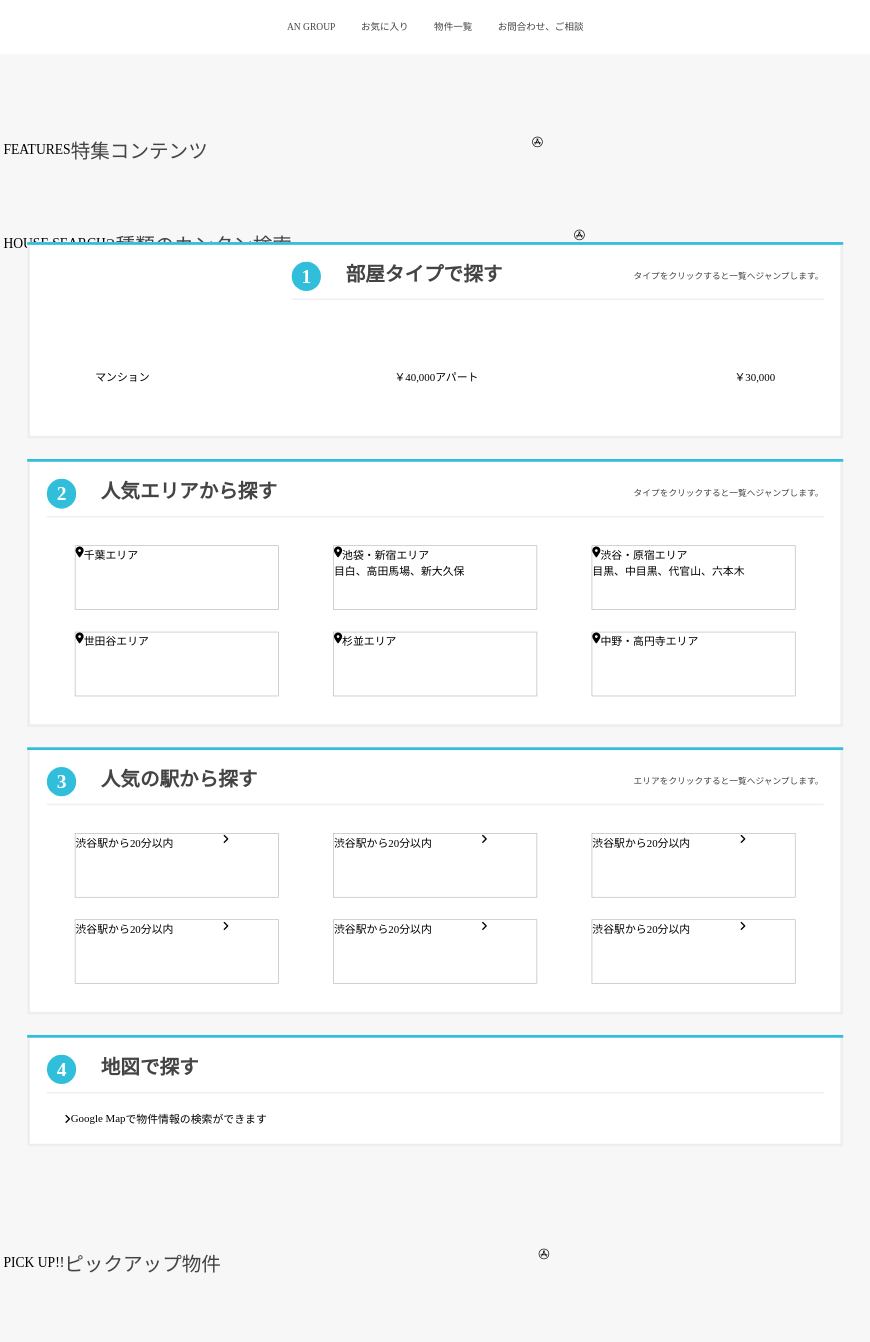
Repository: ninhdavid/real-estate
Page: index.html
An editor plug-in stored every save of this project. The page is shown before and after a run of saves, followed by the edit.
The browser window is 1280 px wide. The pictures show the whole page, at 68% of full size.
Some web libraries are served in a nearby version. The style sheet was rebuilt from its Sass, Less or Tailwind sources for each picture, by a compiler version that may differ from the author's.

Above is the page before, as saved 2022-05-13 23:01:10.

### index.html
<!DOCTYPE html>
<html lang="en">

<head>
    <meta charset="UTF-8">
    <meta http-equiv="X-UA-Compatible" content="IE=edge">
    <meta name="viewport" content="width=device-width, initial-scale=1.0">
    <link rel="stylesheet" href="css/main.css">
    <script src="https://kit.fontawesome.com/691ec27588.js" crossorigin="anonymous"></script>
    <title>Document</title>
</head>

<body>
    <div class="main-container">
        <div class="header">
            <div class="img-header"></div>
        </div>
        <div class="main-nav">
            <ul id="nav">
                <li><a class="nav-img" href="#">
                        <!-- <img src="./asset/img/logo/logo-edited.png" alt=""> -->
                        AN GROUP
                    </a></li>
                <li><a href="#">お気に入り</a></li>
                <li><a href="#">物件一覧</a></li>
                <li><a href="#">お問合わせ、ご相談</a></li>
            </ul>
        </div>
        <div class="content">
            <div class="content-section">
                <div class="title-section">
                    <i class="fa-brands fa-app-store"></i>
                    <p>FEATURES</p>
                    <p>特集コンテンツ</p>
                </div>
                <div id="slider"> </div>
            </div>
            <div class="content-section search-section">
                <div class="title-section">
                    <i class="fa-brands fa-app-store"></i>
                    <p>HOUSE SEARCH</p>
                    <p>2種類のカンタン検索</p>
                </div>
                <div class="content-area">
                    <div class="content-box">
                        <div class="title-area">
                            <h3>
                                <span>1</span>
                                部屋タイプで探す
                            </h3>
                            <p>タイプをクリックすると一覧へジャンプします。</p>
                        </div>
                        <div class="type-list">
                            <div class="type-list-des">
                                <div class="list-bg"></div>
                                <p class="list-title">マンション</p>
                                <p class="list-price">￥40,000</p>
                            </div>
                            <div class="type-list-des">
                                <div class="list-bg"></div>
                                <p class="list-title">アパート</p>
                                <p class="list-price">￥30,000</p>
                            </div>
                        </div>
                    </div>
                    <div class="content-box">
                        <div class="title-area">
                            <h3>
                                <span>2</span>
                                人気エリアから探す
                            </h3>
                            <p>タイプをクリックすると一覧へジャンプします。</p>
                        </div>
                        <div class="type-list location-list">
                            <div class="type-list-des location-des">
                                <i class="fa-solid fa-location-dot"></i>
                                <p>千葉エリア</p>
                            </div>
                            <div class="type-list-des location-des">
                                <i class="fa-solid fa-location-dot"></i>
                                <p>池袋・新宿エリア</p>
                                <p>目白、高田馬場、新大久保</p>
                            </div>
                            <div class="type-list-des location-des">
                                <i class="fa-solid fa-location-dot"></i>
                                <p>渋谷・原宿エリア</p>
                                <p>目黒、中目黒、代官山、六本木</p>
                            </div>
                            <div class="type-list-des location-des">
                                <i class="fa-solid fa-location-dot"></i>
                                <p>世田谷エリア</p>
                                <p></p>
                            </div>
                            <div class="type-list-des location-des">
                                <i class="fa-solid fa-location-dot"></i>
                                <p>杉並エリア</p>
                                <p></p>
                            </div>
                            <div class="type-list-des location-des">
                                <i class="fa-solid fa-location-dot"></i>
                                <p>中野・高円寺エリア</p>
                            </div>
                        </div>
                    </div>
                    <div class="content-box">
                        <div class="title-area">
                            <h3>
                                <span>3</span>
                                人気の駅から探す
                            </h3>
                            <p>エリアをクリックすると一覧へジャンプします。</p>
                        </div>
                        <div class="type-list station-list">
                            <div class="type-list-des station-des">
                                <i class="fa-solid fa-angle-right"></i>
                                <p>渋谷駅から</p>
                                <p>20分以内</p>
                            </div>
                            <div class="type-list-des station-des">
                                <i class="fa-solid fa-angle-right"></i>
                                <p>渋谷駅から</p>
                                <p>20分以内</p>
                            </div>
                            <div class="type-list-des station-des">
                                <i class="fa-solid fa-angle-right"></i>
                                <p>渋谷駅から</p>
                                <p>20分以内</p>
                            </div>
                            <div class="type-list-des station-des">
                                <i class="fa-solid fa-angle-right"></i>
                                <p>渋谷駅から</p>
                                <p>20分以内</p>
                            </div>
                            <div class="type-list-des station-des">
                                <i class="fa-solid fa-angle-right"></i>
                                <p>渋谷駅から</p>
                                <p>20分以内</p>
                            </div>
                            <div class="type-list-des station-des">
                                <i class="fa-solid fa-angle-right"></i>
                                <p>渋谷駅から</p>
                                <p>20分以内</p>
                            </div>
                        </div>
                    </div>
                    <div class="content-box">
                        <div class="title-area">
                            <h3>
                                <span>4</span>
                                地図で探す
                            </h3>
                        </div>
                        <div class="type-list map-list">
                            <i class="fa-solid fa-angle-right"></i>
                            <p>Google Map</p>
                            <p>で物件情報の検索ができます</p>
                        </div>
                    </div>
                </div>
            </div>
            <div class="content-section">
                <div class="title-section">
                    <i class="fa-brands fa-app-store"></i>
                    <p>PICK UP!!</p>
                    <p>ピックアップ物件</p>
                </div>
                <div></div>
            </div>
        </div>

    </div>



</body>
<script src="asset/java-script/chat-online.js"></script>

</html>

### css/main.scss


*{
    padding: 0;
    margin: 0;
    box-sizing: border-box;
}

.main-nav{
    // height: 85px;
    background-color: #fff;
    width: 100%;
    z-index:10;
    height: 5em;
    text-align: center;
}
#nav{
    display:inline-block;
}
#nav,
.subnav {
    list-style-type: none;
}
#nav > li{
    display:inline-block;
}
#nav  li{
    position: relative;
    top:11px;
}
#nav li a{
    display: block;
    text-decoration: none;
    line-height: 24px;
    font-size: 14px;
    padding: 1.2em;
}
#nav>li>a{
    color: rgb(68,68,68);
    text-transform: uppercase;
}
// .nav-img{
//     background-image: url("/asset/img/logo/logo-edited.png");
//     height:80px;
//     width: 100px;
//     padding: 5px 0;
//     background-position: center; /* Center the image */
//     background-repeat: no-repeat; /* Do not repeat the image */
//     background-size: cover;
// }
.content{
    background-color: #f7f7f7;
    padding: 60px 5px;
}
.content-section{
    display: block;
    text-align: center;
    padding:60px 0;
}
.title-section{

}
.search-section{

}
.title-section i {

}
.tittle-section p{
    font-weight: bold;
}
.title-section>p:nth-of-type(1){
    font-size: 1.25em;
    line-height: 1;
    padding: 10px 0;
}
.title-section p:nth-of-type(2){
    font-size: 1.8em;
    // font-size: 32px;
    color: #444444;
    padding-bottom: 2em;
}
.content-area{
    width: 1200px;
    margin: 0 auto;
}

.content-box{
    // display:relative;
    width: 100%;
    padding: 25px;
    border: 4px solid #eeeeee;
    position: relative;
    margin-bottom:30px;
    background-color: #fff;
}
.content-box:before{
    content: "";
    display: block;
    position: absolute;
    left: -4px;
    top: -4px;
    width: calc(100% + 8px);
    height: 4px;
    background-color: #30bedb;
}
.content-box p {
    display: inline-block;
}
.title-area{
    display:flex;
    justify-content:space-between;
    // font-size: 1.8em;
    line-height: 1.2;
    text-align: center;
    align-items:center;
    padding-bottom: 0.7em;
    border-bottom: 2px solid #eeeeee;
}
.title-area h3{
    font-size: 1.8em;
    color: #444444;
}
.title-area>h3>span{
    width: 1.5em;
    line-height: 1.5em;
    background-color: #30bedb;
    color: #fff;
    display:inline-block;
    vertical-align: middle;
    margin-right: 1em;
    // font-size: 1.6428571429em;
    // font-size: 1.17em;
    font-weight: bold;
    text-align: center;
    border-radius: 50% 50% 50% 50%;
}
.title-area>p{
    font-size: 0.8em;
    color: #444444;
}
.type-list{
    padding: 25px 25px 0px 25px;
    display:flex;
    flex-wrap: wrap;
    flex-direction:row;
    justify-content: center;
}
.type-list-des{
    width: 500px;
    height:150px;
    position: relative;

}
.list-bg{
    position: absolute;
    background: no-repeat center center / cover;
    transition: all 0.3s ease;
    background-color: red;
}
.list-title{
    position:absolute;
    left: 0;
    top: 50%;
}
.list-price{
    position:absolute;
    right: 0;
    top: 50%;
}
.location-list{
    display: flex;
    justify-content:space-between;
}
.location-des{
    border:1px solid #bbbbbb;
    height:95px;
    width:300px;
    margin: 1em;
    // display:flex;
    // justify-content: center;
    // align-items: center;
    // flex-direction: column;
    text-align:center;
}
.location-des i,p{
    display:inline-block;
    float:left;
}
.station-list{
    display: flex;
    justify-content:space-between;
}
.station-des{
    border:1px solid #bbbbbb;
    height:95px;
    width:300px;
    margin: 1em;
}

.map-list{
    display: flex;
    justify-content:flex-start;
    align-items:center;
}

Loaded but not shown: asset/java-script/chat-online.js (no stored copy; drawn as an empty file)

After the next 7 saves:
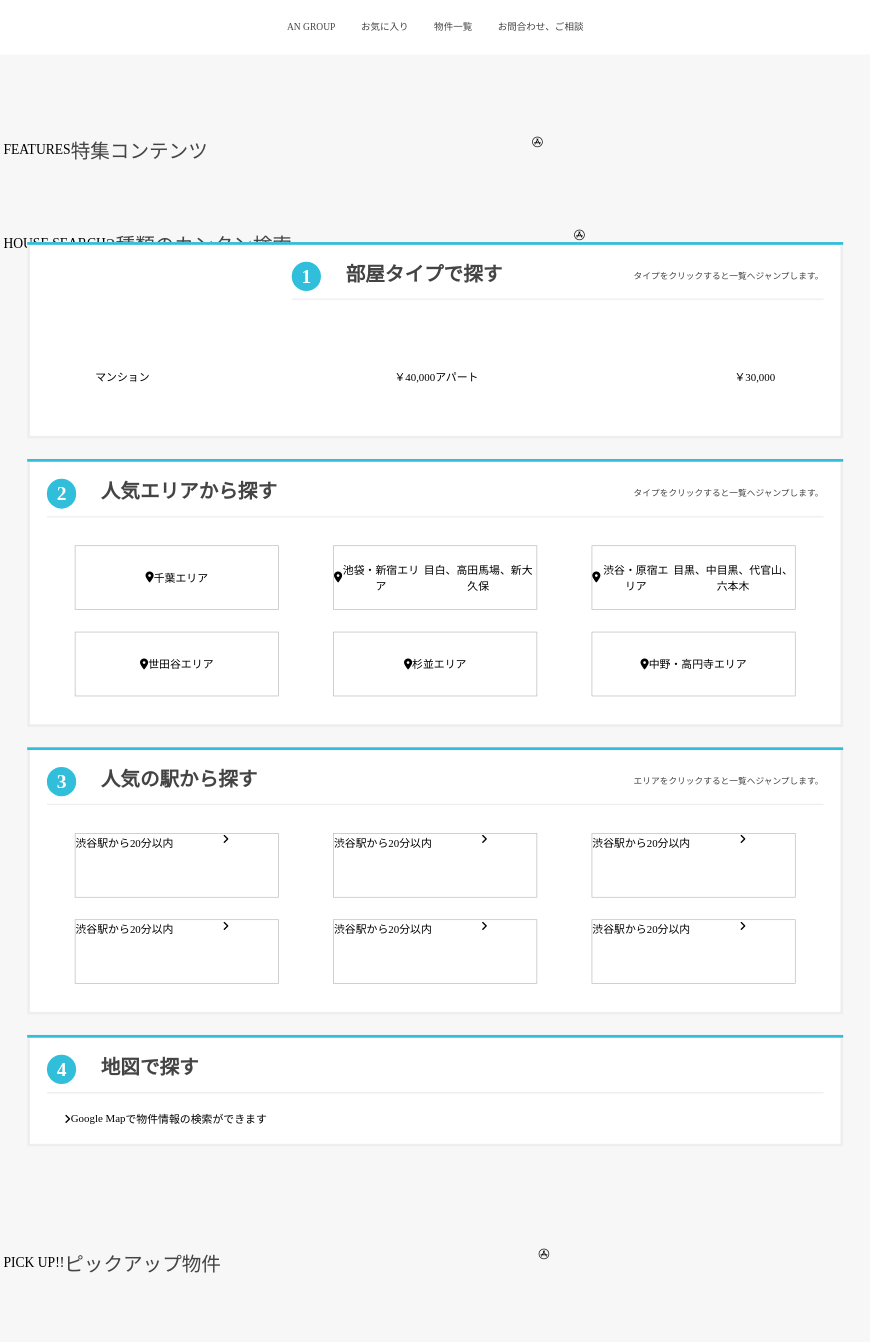
The 7 saves are shown as one change because they came seconds apart.
The last was saved 20 s later.
--- a/css/main.scss
+++ b/css/main.scss
@@ -177,11 +177,10 @@
     height:95px;
     width:300px;
     margin: 1em;
-    // display:flex;
-    // justify-content: center;
-    // align-items: center;
+    display:flex;
+    justify-content: center;
+    align-items: center;
     // flex-direction: column;
-    text-align:center;
 }
 .location-des i,p{
     display:inline-block;
